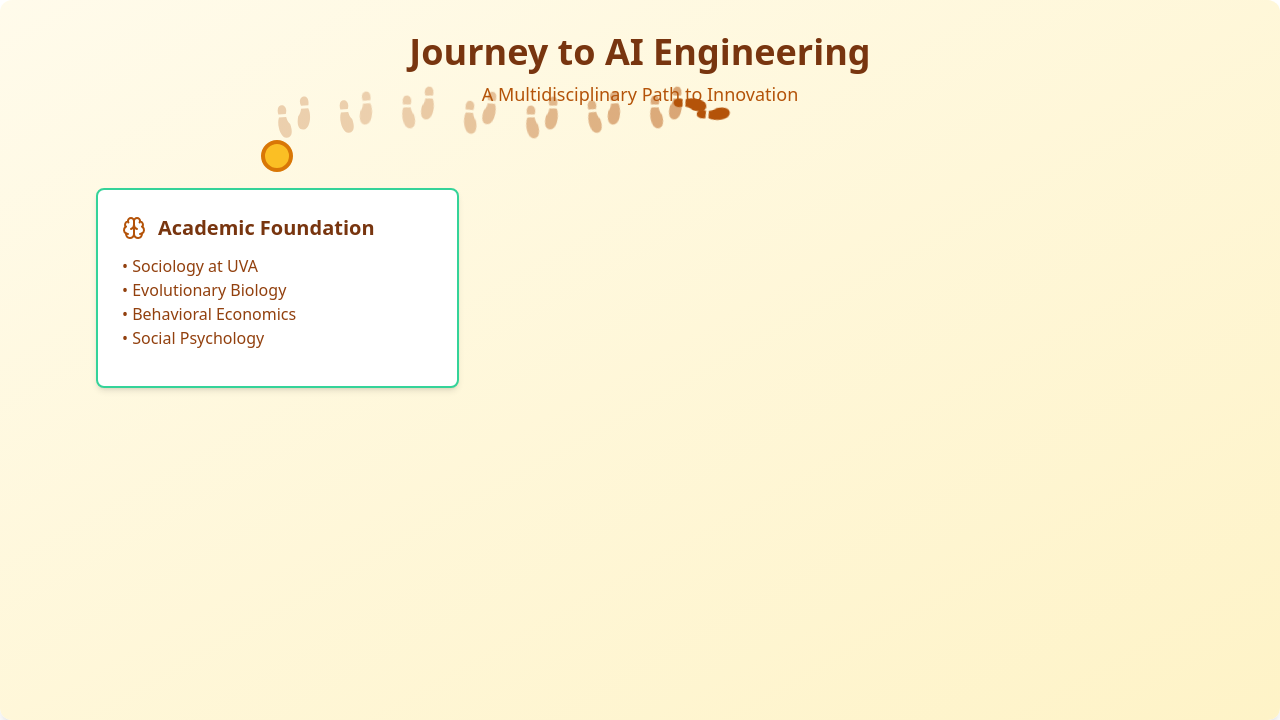
Repository: Galbaz1/dell_presentation
Page: /
These files come from the project's save history. The page is drawn as it stood at one moment and after the next save; the edit follows.
The browser window is 1280 px wide. The pictures show the whole page.
The project was rebuilt for these pictures with package versions that can differ from the ones it lists, and the page was loaded fresh each time. The framework's server and built-in components were replaced by stand-ins that run in the browser.

Above is the page before, as saved 2024-11-11 14:00:56.

After the next save:
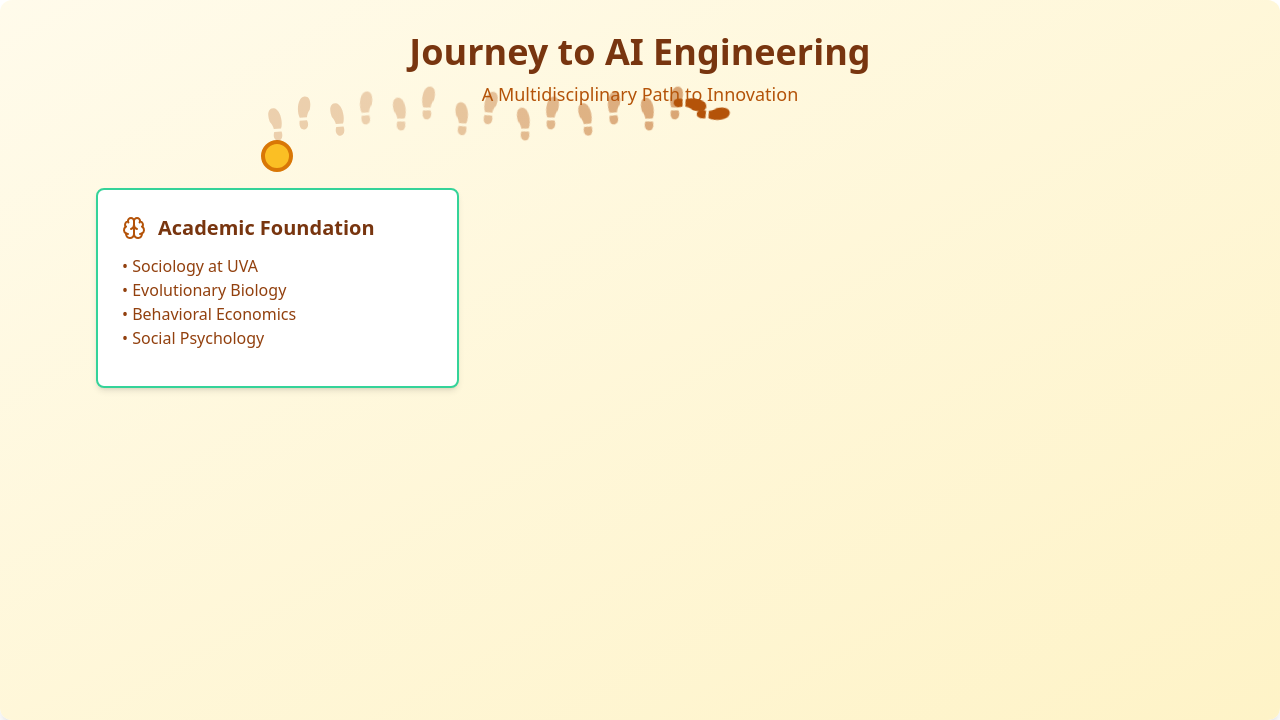
Saved 15 min 31 s later.
--- a/components/FootstepsAnimation.tsx
+++ b/components/FootstepsAnimation.tsx
@@ -88,7 +88,8 @@ const FootstepsAnimation: React.FC = () => {
       element: SVGSVGElement,
       x: number,
       y: number,
-      rotation: number = 0
+      rotation: number = 0,
+      isVertical: boolean = false
     ): void => {
       if (!ghostTrailRef.current) return;
 
@@ -96,7 +97,13 @@ const FootstepsAnimation: React.FC = () => {
       ghost.style.position = 'absolute';
       ghost.style.left = `${x}px`;
       ghost.style.top = `${y}px`;
-      ghost.style.transform = `rotate(${rotation + 90}deg)`;
+
+      // Adjust rotation based on direction
+      const ghostRotation = isVertical
+        ? rotation + 270  // 180 + 90 for vertical path
+        : rotation - 90;  // Counter-clockwise for horizontal path
+
+      ghost.style.transform = `rotate(${ghostRotation}deg)`;
       ghost.style.color = '#d97706';
       ghost.classList.add('ghost-trail');
 
@@ -150,7 +157,8 @@ const FootstepsAnimation: React.FC = () => {
             foot,
             point.x + xOffset,
             point.y + yOffset,
-            finalRotation
+            finalRotation,
+            isVertical
           ),
         });
       });

After the save that followed:
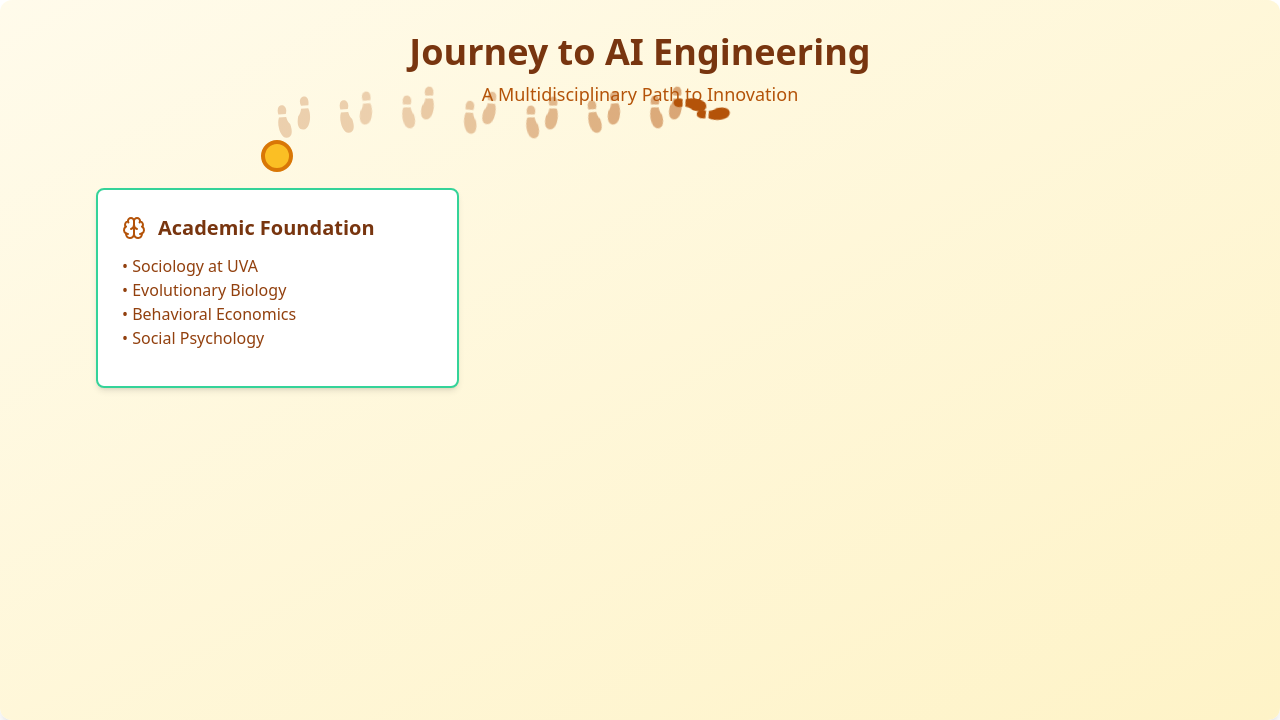
Saved 117 s later.
--- a/components/FootstepsAnimation.tsx
+++ b/components/FootstepsAnimation.tsx
@@ -100,8 +100,8 @@ const FootstepsAnimation: React.FC = () => {
 
       // Adjust rotation based on direction
       const ghostRotation = isVertical
-        ? rotation + 270  // 180 + 90 for vertical path
-        : rotation - 90;  // Counter-clockwise for horizontal path
+        ? rotation + 270  // Keep vertical rotation the same
+        : rotation + 90;  // Changed from -90 to +90 to point to 3 o'clock
 
       ghost.style.transform = `rotate(${ghostRotation}deg)`;
       ghost.style.color = '#d97706';
